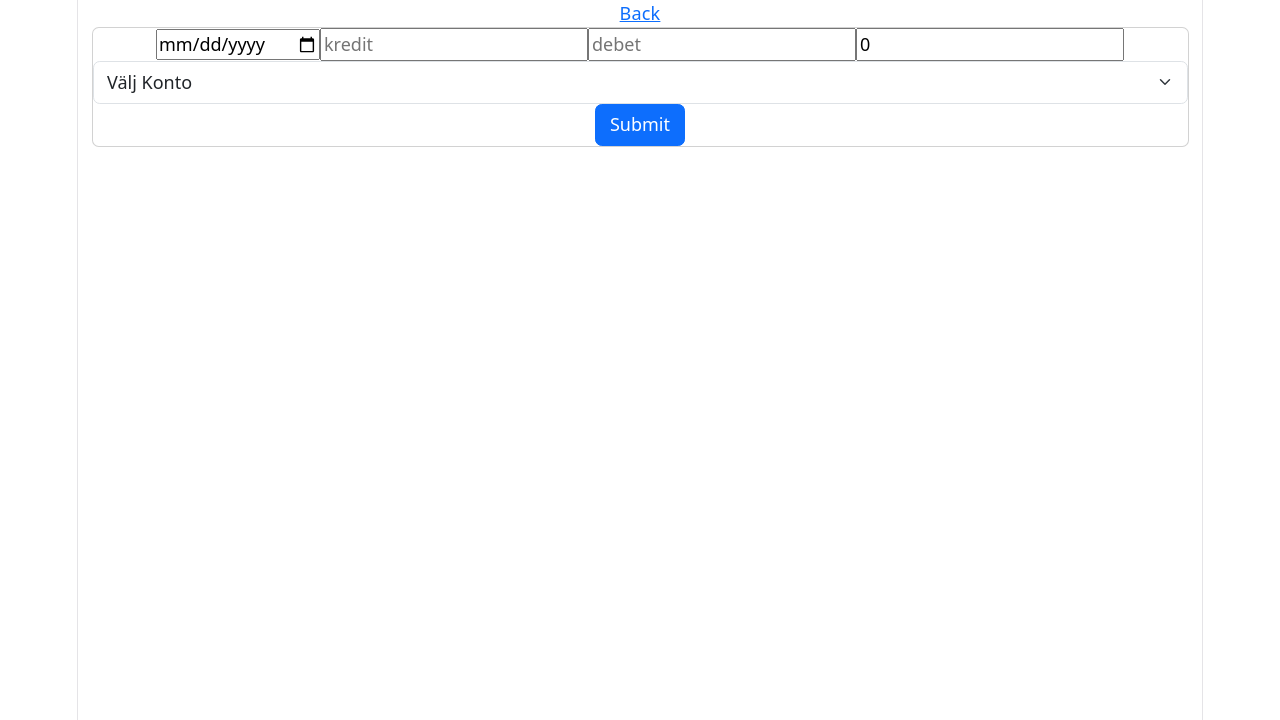
Repository: supply24/kidsaccount
Page: /action
An editor plug-in stored every save of this project. The page is shown before and after the next save, followed by the edit.
The browser window is 1280 px wide. The pictures show the whole page.
The page's requests for data from a server got no answer. The project was rebuilt for these pictures with package versions that can differ from the ones it lists, and the page was loaded fresh each time. No one was signed in, and anything a server would have sent is missing. Also part of the build but not shown: vite.config.js, src/App.css, src/App.jsx, src/Homing.jsx, src/Emilia.jsx, src/Alexander.jsx.

Above is the page before, as saved 2026-08-01 05:31:02.

After the next save:
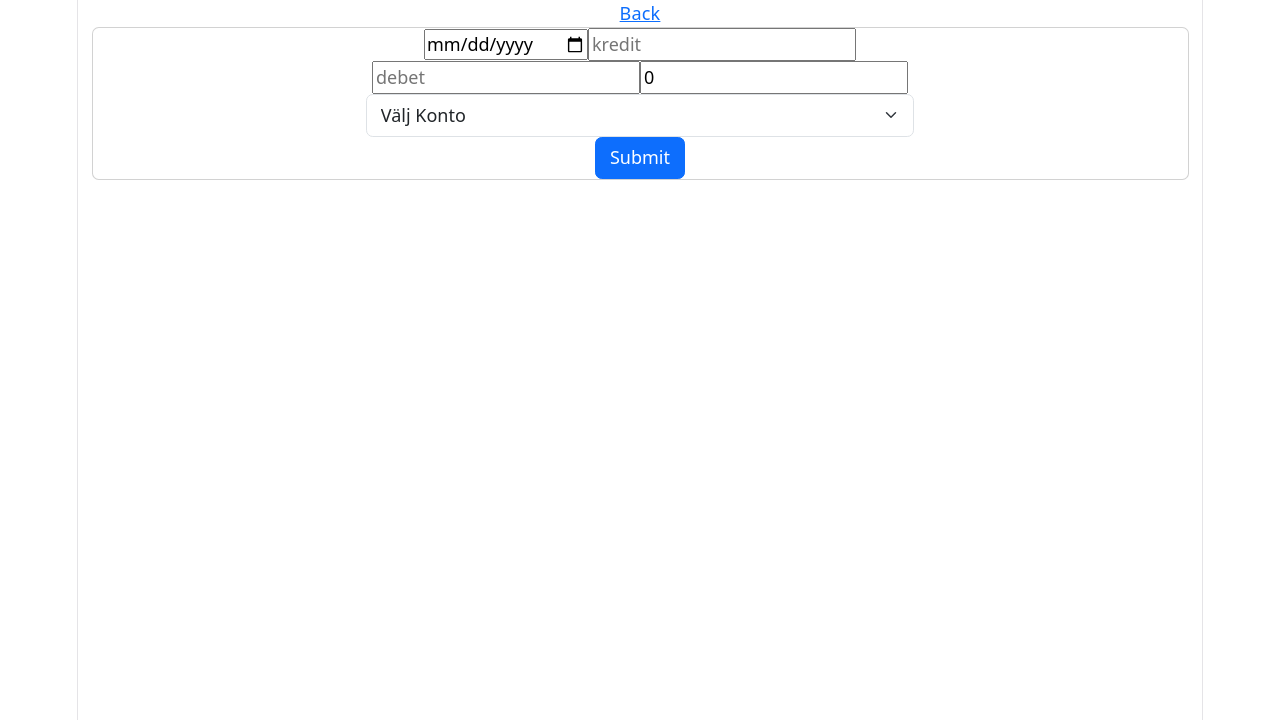
Saved 47 s later.
--- a/src/Actions.jsx
+++ b/src/Actions.jsx
@@ -75,6 +75,7 @@ const Actions = () => {
 
           <Card>
             <Form onSubmit={handleSubmit}>
+              <Col md={6} className="mx-auto">
 <input type="date" value={datetime} onChange={handleDatetime} />
 <input type="number" value={kredit} onChange={handleKredit} placeholder='kredit'/>
 <input type="number" value={debet} onChange={handleDebet} placeholder='debet'/>
@@ -93,7 +94,7 @@ const Actions = () => {
 
 
 
-        <Button type="submit">Submit</Button>
+        <Button type="submit">Submit</Button></Col>
 
          </Form> </Card></Container>  </div>
   )
